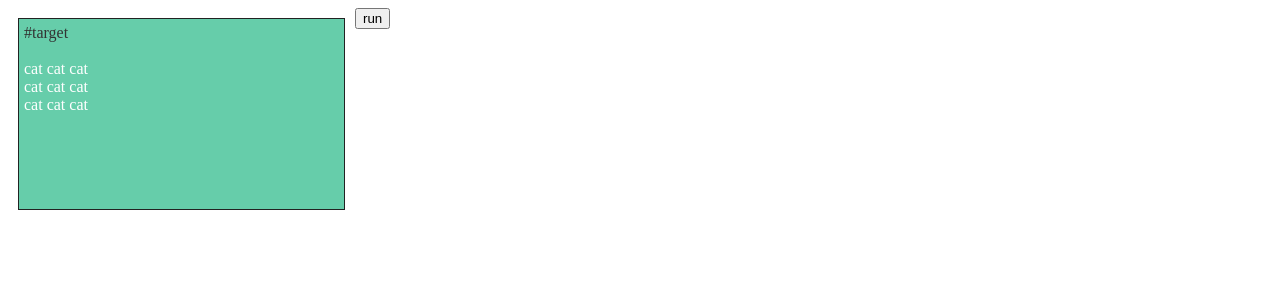
Repository: silenttemplar/java_start_project
Page: hansung_ee_2014/hansung_jquery_exercise/WebContent/17. Replace String.html
An editor plug-in stored every save of this project. The page is shown before and after the next save, followed by the edit.
The browser window is 1280 px wide. The pictures show the whole page.
After loading, the first visible `input` was clicked once.

Above is the page before, as saved 2014-08-28 01:13:29.

After the next save:
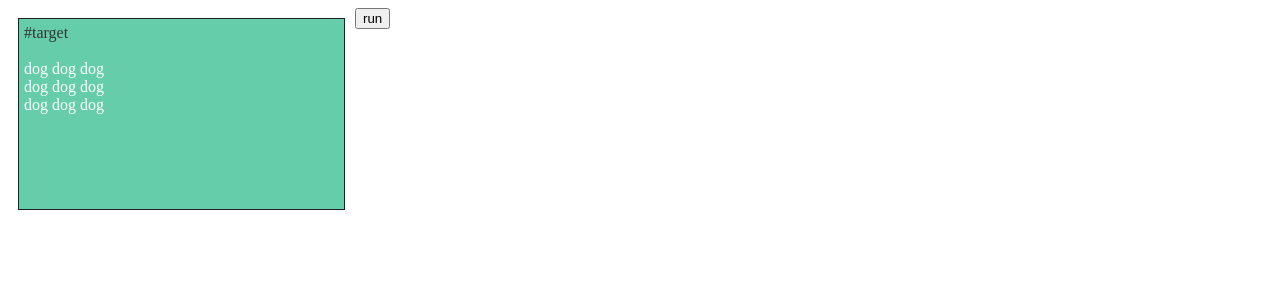
Saved 2 min 54 s later.
--- a/hansung_ee_2014/hansung_jquery_exercise/WebContent/17. Replace String.html
+++ b/hansung_ee_2014/hansung_jquery_exercise/WebContent/17. Replace String.html
@@ -9,7 +9,7 @@
 	 * 함수 : text(), html(), replace(), 정규식(/cat/g) or split(), join()
 	 */
 	function run() {
-
+		$("#target").html($("#target").html().split("cat").join("dog"));
 	}
 </script>
 

After the save that followed:
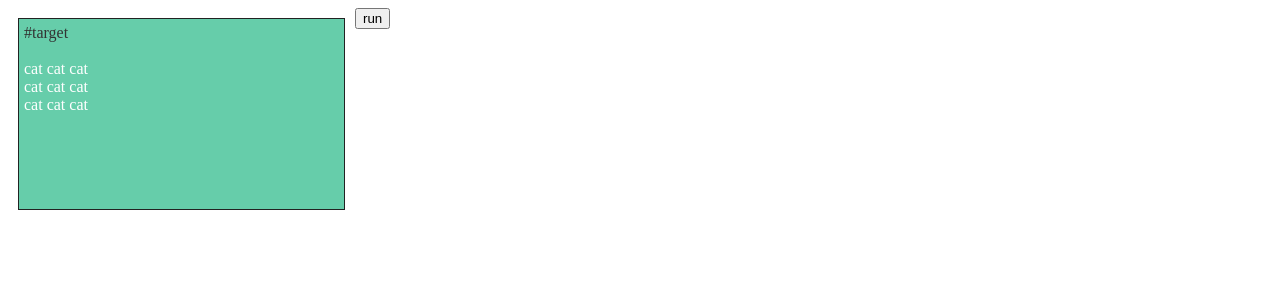
Saved 30 s later.
--- a/hansung_ee_2014/hansung_jquery_exercise/WebContent/17. Replace String.html
+++ b/hansung_ee_2014/hansung_jquery_exercise/WebContent/17. Replace String.html
@@ -9,7 +9,9 @@
 	 * 함수 : text(), html(), replace(), 정규식(/cat/g) or split(), join()
 	 */
 	function run() {
-		$("#target").html($("#target").html().split("cat").join("dog"));
+// 		$("#target").html($("#target").html().split("cat").join("dog"));
+			var targetHtml = $("#target").html();
+
 	}
 </script>
 
